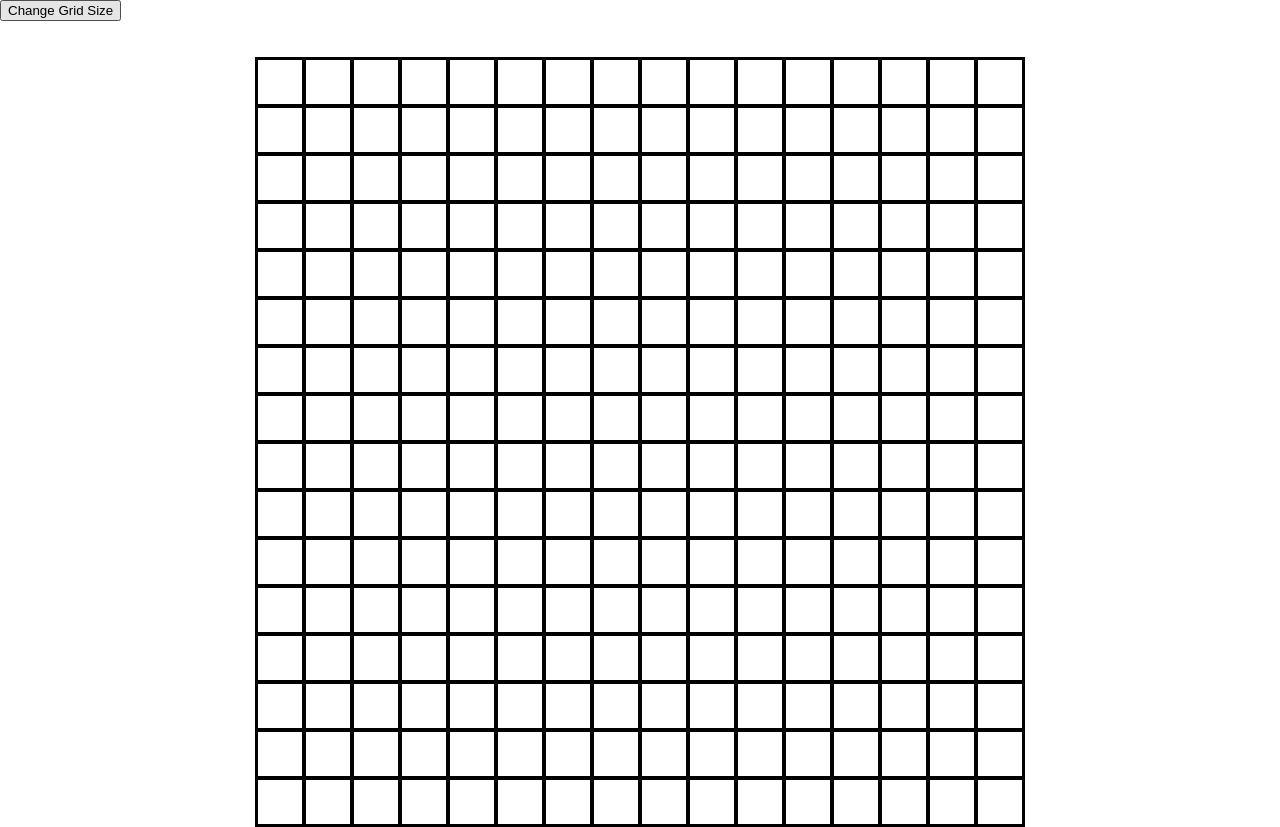
Repository: ShaneLau2/Odin-Project-Etch-a-Sketch
Page: index.html
The author's editor kept a copy of each file at every save. The page is drawn from the files as they stood at one save, then again after the next save.
The browser window is 1280 px wide. The pictures show the whole page.

Above is the page before, as saved 2024-03-04 18:54:49.

### index.html
<!DOCTYPE html>
<html lang="en">

<head>
    <meta charset="UTF-8">
    <meta name="viewport" content="width=device-width, initial-scale=1.0">
    <title>Grid of Squares</title>
    <link rel="stylesheet" href="styles.css">
</head>

<body>
    <div id="container"></div>
    <script src="script.js"></script>
</body>

</html>

### styles.css
body,
html {
    margin: 0;
    padding: 0;
    height: 80%;
}

#container {
    display: flex;
    flex-wrap: wrap;
    width: 60vw;
    height: 60vw;
    margin: 5vh auto;
    border: 1px solid #000;
    flex-direction: column;
    align-items: center;
    justify-content: center;
}

.square {
    width: calc(100% / 16);
    height: calc(100% / 16);
    border: 2px solid #000;
    box-sizing: border-box;
}

### script.js
// document.addEventListener("DOMContentLoaded", function() {
//     const container = document.getElementById("container");
//     const gridSize = 16;

//     for (let i = 0; i < gridSize; i++) {
//         for (let j = 0; j < gridSize; j++) {
//             const square = document.createElement("div");
//             square.classList.add("square");
//             container.appendChild(square);
//             square.addEventListener("mouseover", function() {
//                 square.style.backgroundColor = "gray";
//             });
//         }
//     }
// });
document.addEventListener("DOMContentLoaded", function() {
    const container = document.getElementById("container");
    let gridSize = 16;

    const button = document.createElement("button");
    button.textContent = "Change Grid Size";
    button.classList.add("button");
    document.body.insertBefore(button, container);

    button.addEventListener("click", function() {
        let newSize = prompt(
            "Enter the number of squares per side for the new grid (max 100):"
        );

        newSize = parseInt(newSize);
        if (isNaN(newSize) || newSize < 1 || newSize > 100) {
            alert("Invalid input. Please enter a number between 1 and 100.");
            return;
        }

        // Remove existing grid
        // while (container.firstChild) {
        //     container.removeChild(container.firstChild);
        // }
        document.querySelectorAll(".square").forEach((square) => {
            square.remove();
        });

        // Create new grid
        gridSize = newSize;
        createGrid(gridSize);
    });

    function createGrid(size) {
        container.style.gridTemplateColumns = `repeat(${size}, 1fr)`;
        for (let i = 0; i < size * size; i++) {
            const square = document.createElement("div");
            square.classList.add("square");
            // square.style.width = `calc(100% / ${size})`;
            // square.style.height = `calc(100% / ${size})`;
            container.appendChild(square);
            square.addEventListener("mouseover", function() {
                square.style.backgroundColor = "gray";
            });
        }
    }

    createGrid(gridSize);
});

After the next save:
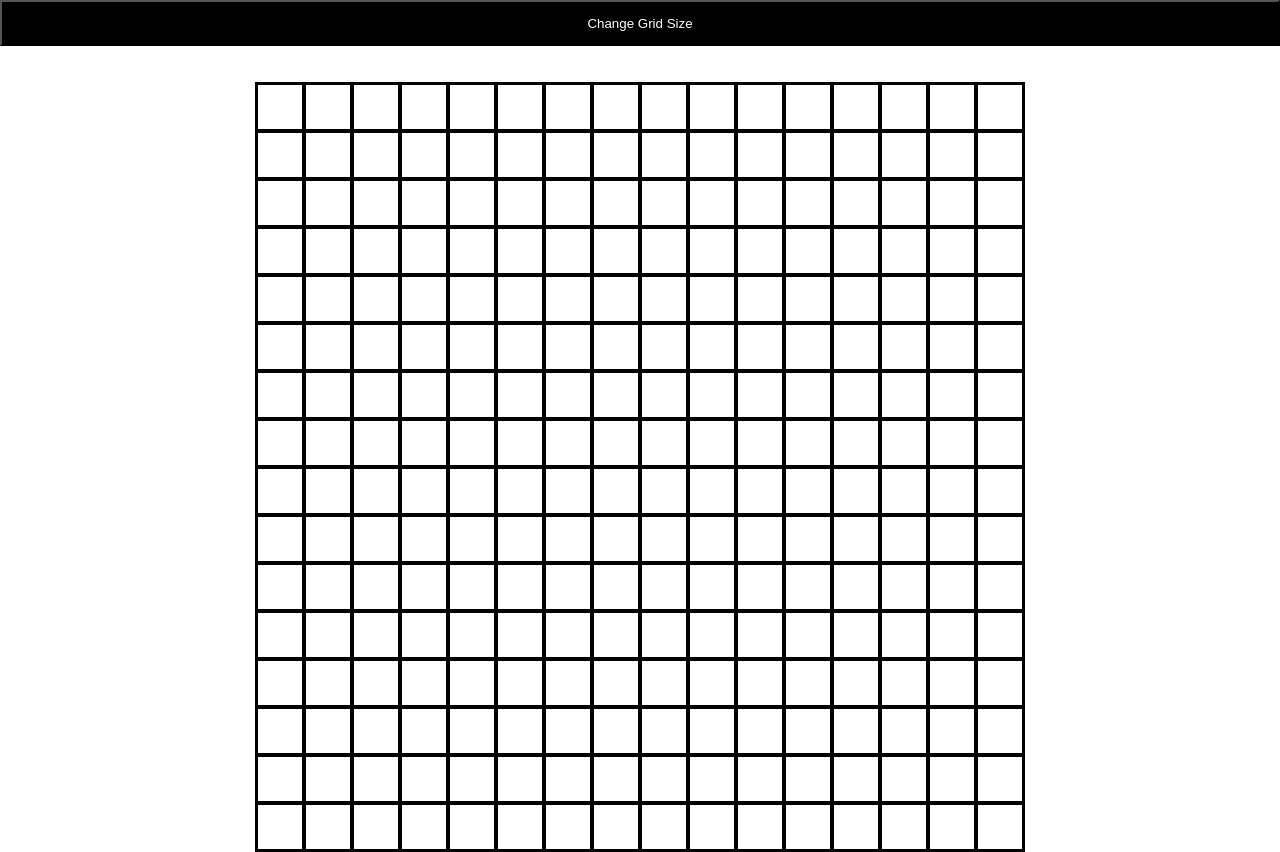
Saved 29 s later.
--- a/styles.css
+++ b/styles.css
@@ -23,3 +23,16 @@ html {
     border: 2px solid #000;
     box-sizing: border-box;
 }
+
+.button {
+    width: 100%;
+    height: 10%;
+    display: flex;
+    justify-content: center;
+    align-items: center;
+    background-color: #000;
+    color: #fff;
+    cursor: pointer;
+}
+
+``` ```html

After the save that followed:
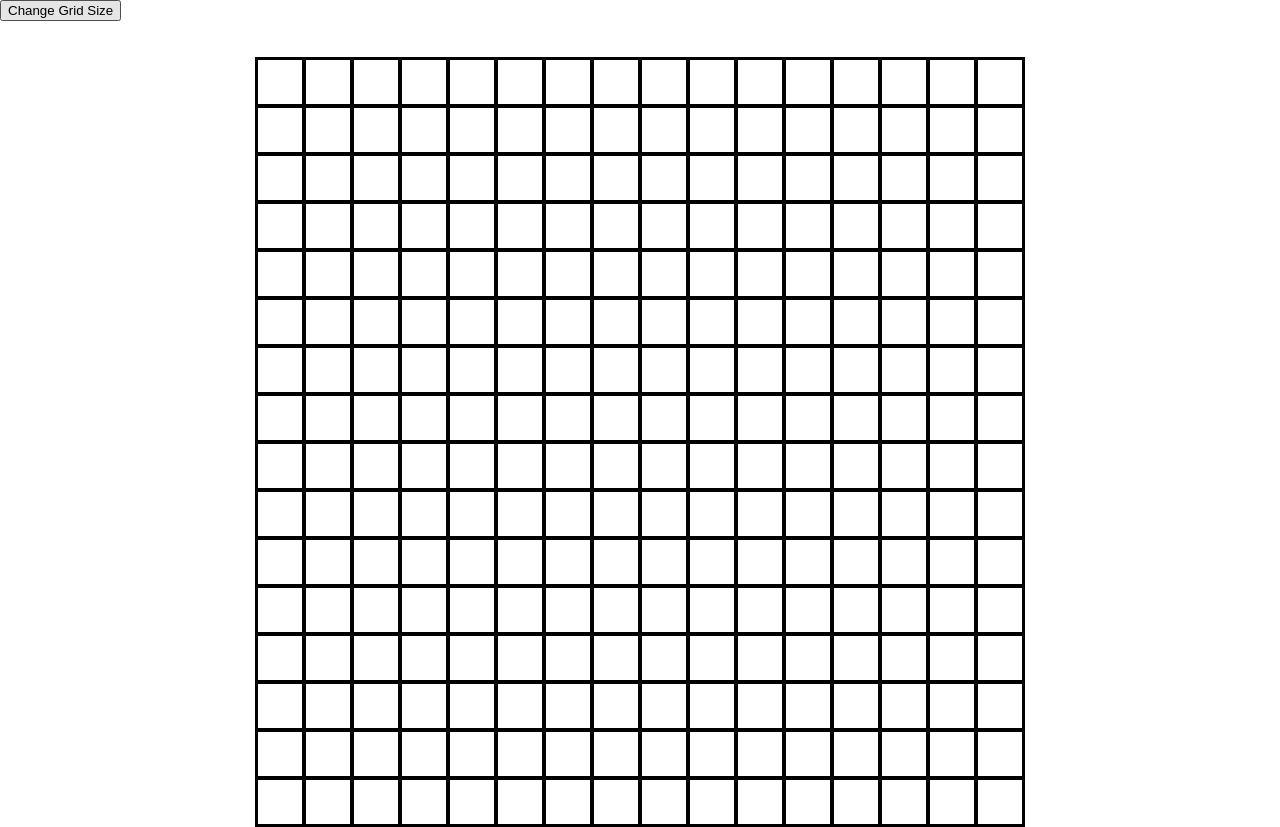
Saved 17 s later.
--- a/styles.css
+++ b/styles.css
@@ -25,14 +25,7 @@ html {
 }
 
 .button {
-    width: 100%;
-    height: 10%;
     display: flex;
     justify-content: center;
     align-items: center;
-    background-color: #000;
-    color: #fff;
-    cursor: pointer;
 }
-
-``` ```html
